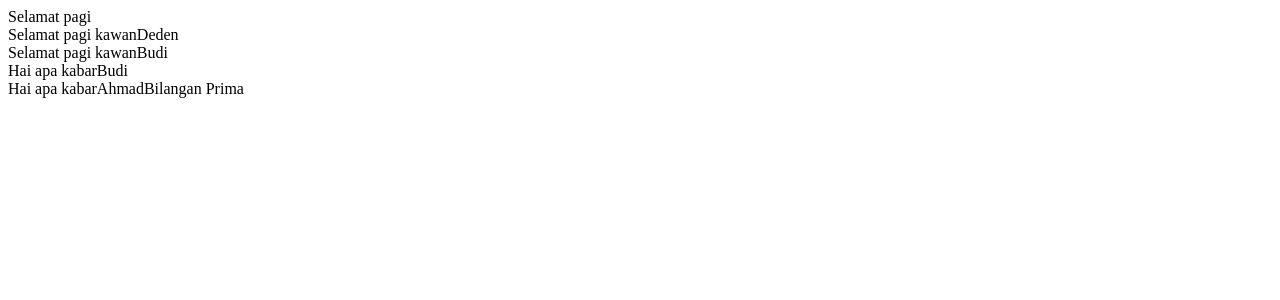
Repository: AHSANS354/Tugas-MSIB-5-GitHub
Page: http://localhost/function.php
An editor plug-in stored every save of this project. The page is shown before and after the next save, followed by the edit.
The browser window is 1280 px wide. The pictures show the whole page.
The page is run by PHP 8.4 with error messages shown; the project is at /var/www/html/.

Above is the page before, as saved 2023-09-27 09:13:04.

### function.php
<?php
function salam(){
    echo'Selamat pagi';
}
function sapa($kawan){
    echo'<br>Selamat pagi kawan'.$kawan;
}
function kabar($kawan = 'Budi'){
    echo'<br>Hai apa kabar'.$kawan;
}

salam();

$nama = 'Deden';
sapa($nama);
sapa('Budi');
kabar();
kabar('Ahmad');

//fungsi mengecek bilangan prima atau bukan
function prima($bilangan){
    $prima = true;
    for($i=2; $i<$bilangan; $i++){
        if ($bilangan%$i==0) {
            $prima = false;
            break;
        }
    }
    return $prima;
}
if(prima(3)){
    echo'Bilangan Prima';
}else{
    echo'Bukan Bilangan Prima';
}
?>

After the next save:
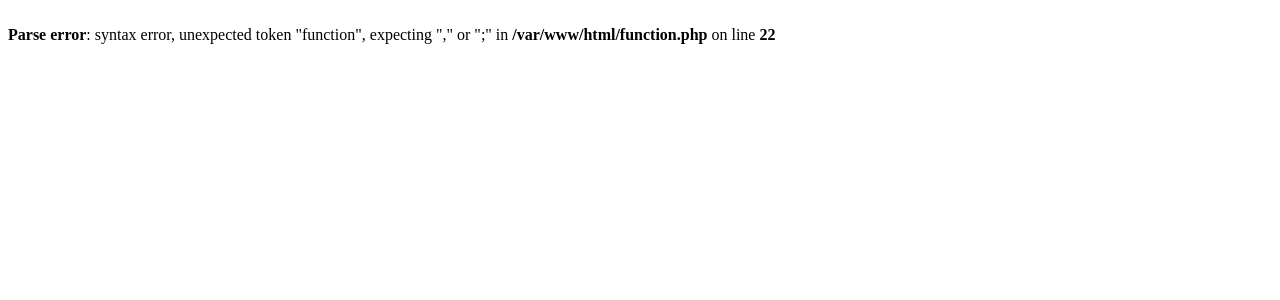
Saved 78 s later.
--- a/function.php
+++ b/function.php
@@ -17,6 +17,7 @@
 kabar();
 kabar('Ahmad');
 
+echo'<hr>'
 //fungsi mengecek bilangan prima atau bukan
 function prima($bilangan){
     $prima = true;

After the save that followed:
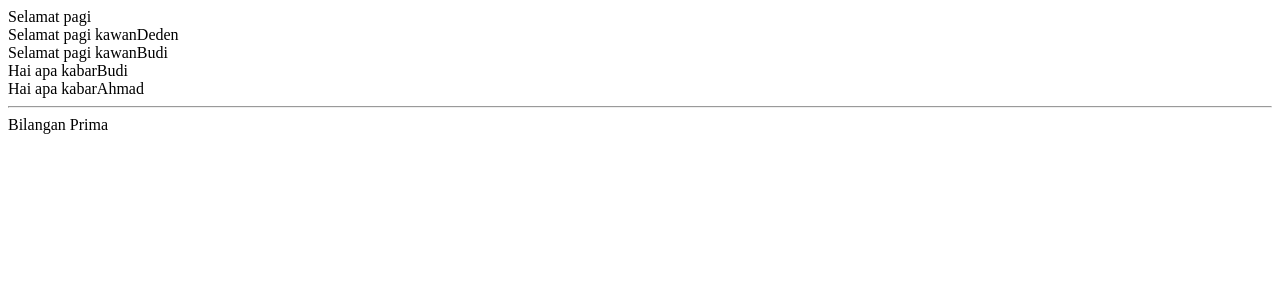
Saved 20 s later.
--- a/function.php
+++ b/function.php
@@ -17,7 +17,7 @@
 kabar();
 kabar('Ahmad');
 
-echo'<hr>'
+echo'<hr>';
 //fungsi mengecek bilangan prima atau bukan
 function prima($bilangan){
     $prima = true;
